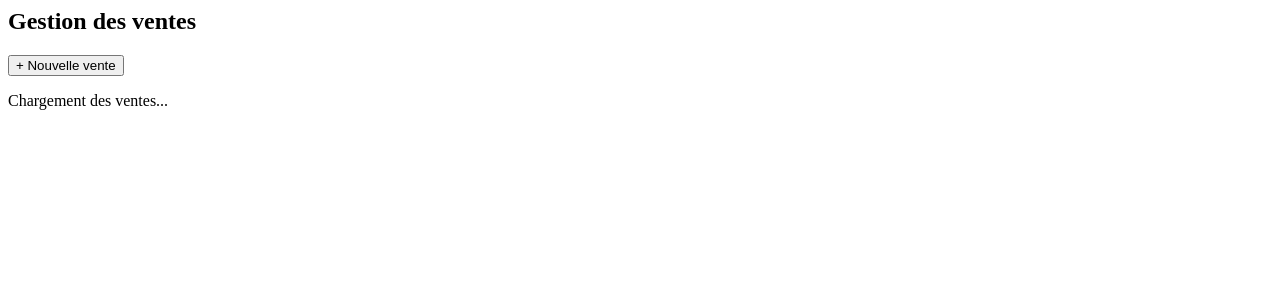
Repository: amosndayikeza-dev/Reviewa
Page: public/assets/html/manager/sales-content.html
The author's editor kept a copy of each file at every save. The page is drawn from the files as they stood at one save, then again after the next save.
The browser window is 1280 px wide. The pictures show the whole page.

Above is the page before, as saved 2026-05-30 23:07:22.

After the next save:
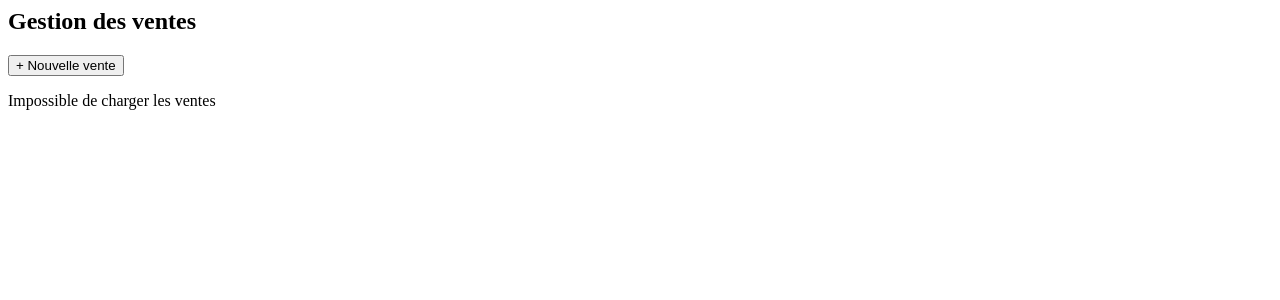
Saved 3 min 43 s later.
--- a/public/assets/html/manager/sales-content.html
+++ b/public/assets/html/manager/sales-content.html
@@ -7,32 +7,63 @@
         <p>Chargement des ventes...</p>
     </div>
 </div>
+
 <script>
-function loadSales() {
-    if (typeof ManagerAPI !== 'undefined') {
-        ManagerAPI.sales.list()
-            .then(response => {
-                if (response && response.success) {
-                    const sales = response.data || [];
-                    const container = document.getElementById('sales-list');
-                    if (container) {
-                        if (sales.length === 0) {
-                            container.innerHTML = '<p>Aucune vente trouvée</p>';
-                        } else {
-                            container.innerHTML = sales.map(s => `
-                                <div class="sale-card">
-                                    <p>Montant: ${s.total || 0} FBU</p>
-                                    <p>Date: ${s.created_at || '—'}</p>
-                                </div>
-                            `).join('');
-                        }
-                    }
-                }
-            })
-            .catch(error => {
-                console.error('Erreur chargement ventes:', error);
-            });
+function formatMoney(amount) {
+    return (Number(amount) || 0).toLocaleString('fr-FR') + ' FBU';
+}
+
+function formatDate(dateStr) {
+    if (!dateStr) return '—';
+    const d = new Date(dateStr);
+    if (isNaN(d.getTime())) return dateStr;
+    return d.toLocaleDateString('fr-FR');
+}
+
+async function loadSales() {
+    const container = document.getElementById('sales-list');
+    if (!container) return;
+    container.innerHTML = '<p>Chargement des ventes...</p>';
+    try {
+        const response = await ManagerAPI.sales.list();
+        if (response && response.success) {
+            const sales = response.data || [];
+            if (sales.length === 0) {
+                container.innerHTML = '<p>Aucune vente trouvée</p>';
+                return;
+            }
+            // Utilisation des champs réels retournés par l'API
+            container.innerHTML = sales.map(sale => `
+                <div class="sale-card" style="background:#fff; padding:15px; margin-bottom:10px; border-radius:8px; box-shadow:0 1px 3px rgba(0,0,0,0.1);">
+                    <p><strong>Produit :</strong> ${escapeHtml(sale.product_name)}</p>
+                    <p><strong>Quantité :</strong> ${sale.quantity}</p>
+                    <p><strong>Prix unitaire :</strong> ${formatMoney(sale.unit_price)}</p>
+                    <p><strong>Total :</strong> ${formatMoney(sale.line_total)}</p>
+                    <p><strong>Date :</strong> ${formatDate(sale.sold_at)}</p>
+                </div>
+            `).join('');
+        } else {
+            container.innerHTML = '<p class="error">Erreur de chargement des ventes</p>';
+        }
+    } catch (error) {
+        console.error('Erreur:', error);
+        container.innerHTML = '<p class="error">Impossible de charger les ventes</p>';
     }
 }
+
+function escapeHtml(str) {
+    if (!str) return '';
+    return str.replace(/[&<>]/g, function(m) {
+        if (m === '&') return '&amp;';
+        if (m === '<') return '&lt;';
+        if (m === '>') return '&gt;';
+        return m;
+    });
+}
+
+// Charger les ventes au démarrage
 loadSales();
+
+// Optionnel : afficher un résumé (total des ventes, etc.) si tu veux utiliser response.summary
+// console.log(response.summary);
 </script>
